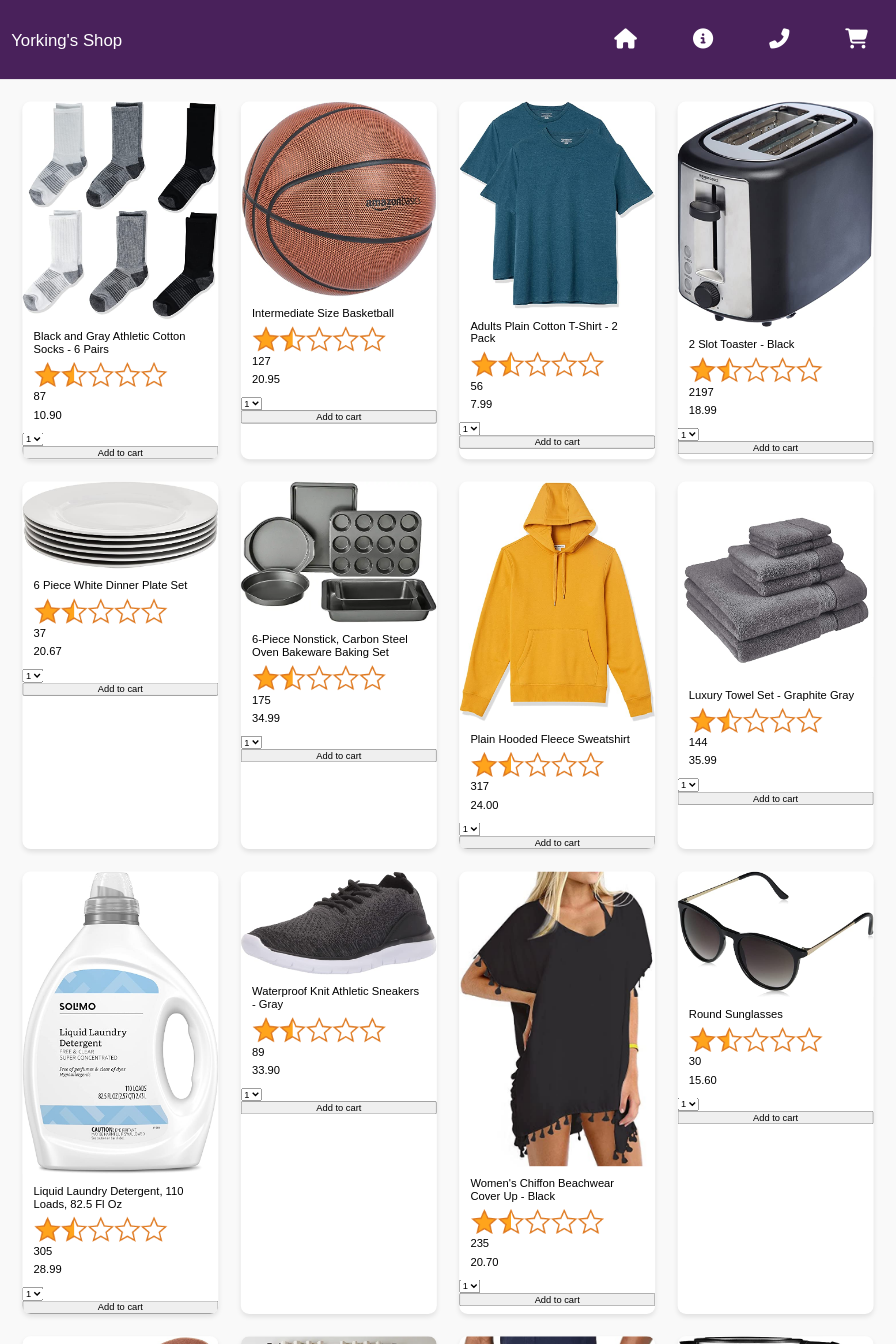
Repository: yorkings/eccomerce-website-in-js
Page: index.html
The author's editor kept a copy of each file at every save. The page is drawn from the files as they stood at one save, then again after a run of saves.
The browser window is 1280 px wide. The pictures show the part of the page from y = 0 to 1920 px (the page is 7457 px tall before and 4858 px after), at 70% of full size.
Some web libraries are served in a nearby version.

Above is the page before, as saved 2025-05-24 17:18:35.

After the next 2 saves:
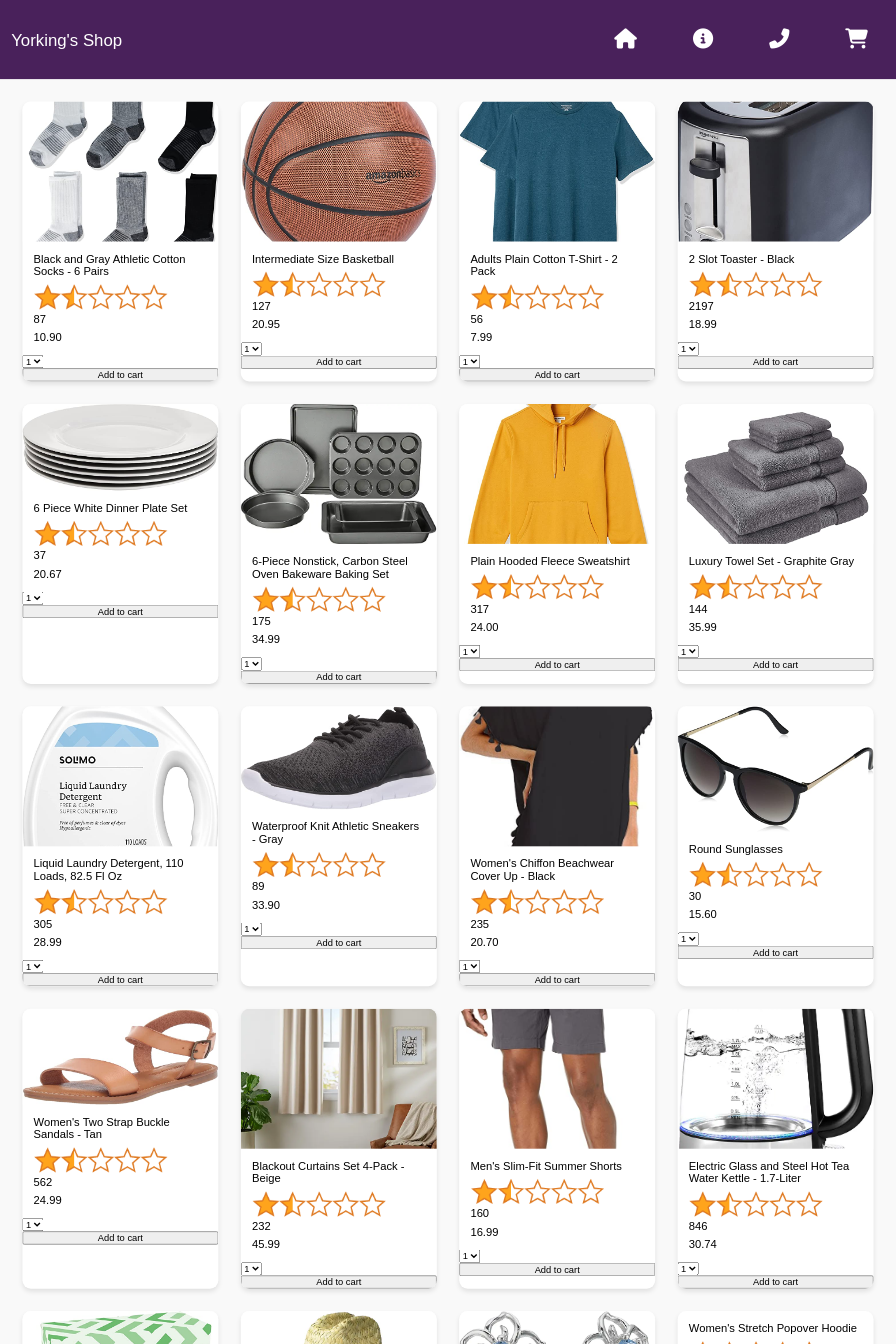
The 2 saves are shown as one change because they came seconds apart.
The last was saved 6 s later.
--- a/style.css
+++ b/style.css
@@ -75,7 +75,7 @@
   box-shadow: 0 8px 16px rgba(0,0,0,0.2);
 }
 .image{
-    max-height:;
+    max-height:200px;
     width: 100%;
     object-fit: cover;
 
